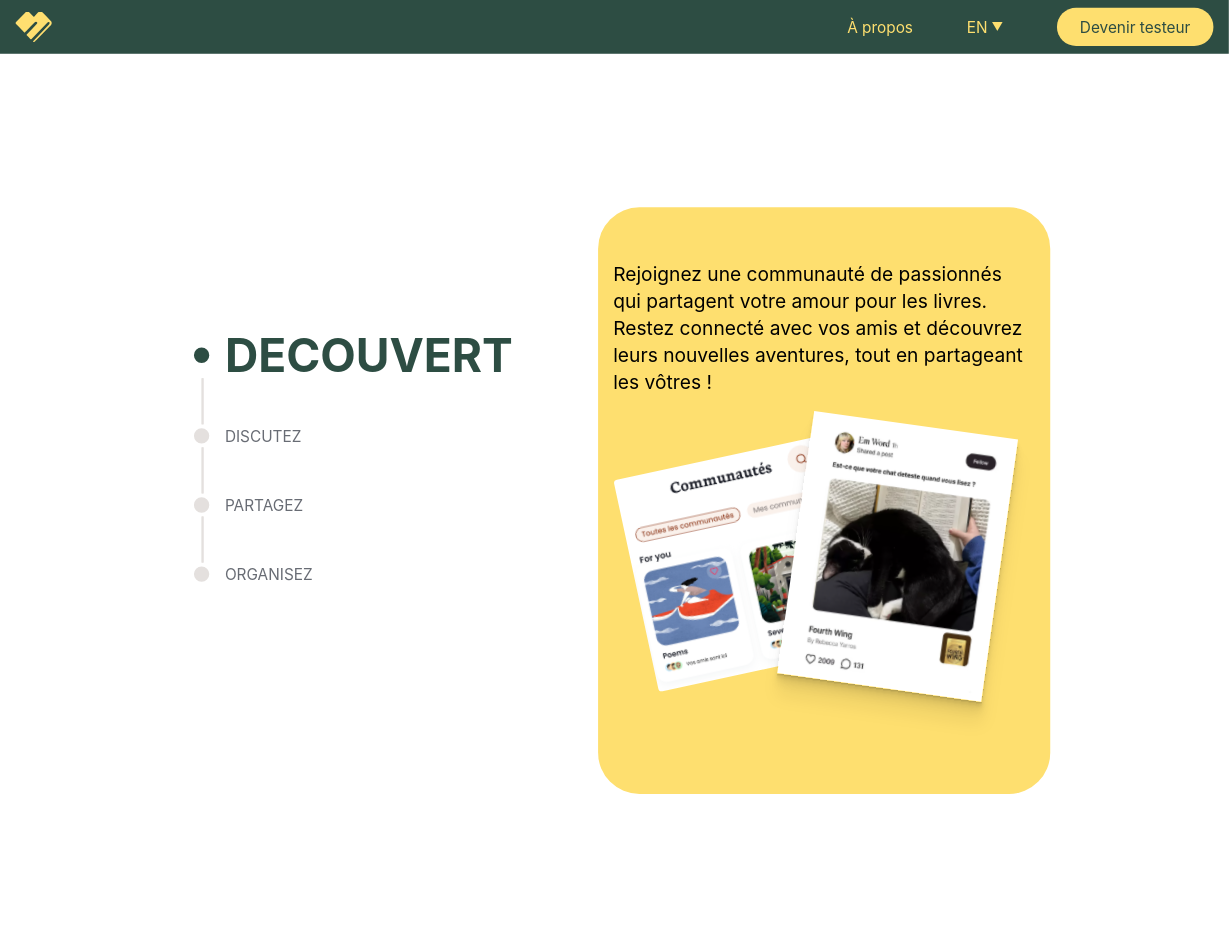
Repository: enas-elm/bookish-landing
Page: /
The author's editor kept a copy of each file at every save. The page is drawn from the files as they stood at one save, then again after the next save.
The browser window is 1280 px wide. The pictures show the whole page, at 96% of full size.
The project was rebuilt for these pictures with package versions that can differ from the ones it lists, and the page was loaded fresh each time.

Above is the page before, as saved 2024-09-12 10:59:50.

### src/index.css
@tailwind base;
@tailwind components;
@tailwind utilities;

body {
  margin: 0;
  font-family: -apple-system, BlinkMacSystemFont, 'Segoe UI', 'Roboto', 'Oxygen',
    'Ubuntu', 'Cantarell', 'Fira Sans', 'Droid Sans', 'Helvetica Neue',
    sans-serif;
  -webkit-font-smoothing: antialiased;
  -moz-osx-font-smoothing: grayscale;
}

code {
  font-family: source-code-pro, Menlo, Monaco, Consolas, 'Courier New',
    monospace;
}

@layer base {
  @font-face {
      font-family: 'DM Sans Italic';
      src: url('../public/font/DMSans-VariableFont_opsz,wght.ttf') format('truetype');
      font-weight: 100 900;
       font-style: italic;
  }
  @font-face {
        font-family: "Passion One";
        src: url('../public/font/PassionOne-Regular.ttf') format('truetype');
        font-weight: normal;
        font-style: normal;
    }
    @font-face {
            font-family: "DM Display";
            src: url('../public/font/DMSerifDisplay-Regular.ttf') format('truetype');
            font-weight: normal;
            font-style: normal;
        }
    @font-face {
                font-family: "Inter";
                src: url('../public/font/Inter-VariableFont_opsz,wght.ttf') format('truetype');
                font-weight: 700;
            }
}

### src/App.js
import "./App.css";
import Navbar from "./components/Navbar";
import "./index.css";
import TimeLine from "./components/TimeLine";

function App() {
  return (
    <div className="App">
      <header className="header">
        <Navbar />
      </header>
      <TimeLine />
    </div>
  );
}

export default App;

### src/components/Navbar.js
import React, { useState, useRef, useEffect } from 'react'

const Navbar = () => {
  const [language, setLanguage] = useState('EN')
  const [dropdownOpen, setDropdownOpen] = useState(false)
  const dropdownRef = useRef(null)

  const toggleDropdown = () => {
    setDropdownOpen(!dropdownOpen)
  };

  const selectLanguage = (lang) => {
    setLanguage(lang)
    setDropdownOpen(false)
  };

  useEffect(() => {
    const handleClickOutside = (event) => {
      if (dropdownRef.current && !dropdownRef.current.contains(event.target)) {
        setDropdownOpen(false)
      }
    };
    document.addEventListener('mousedown', handleClickOutside)
    return () => {
      document.removeEventListener('mousedown', handleClickOutside)
    };
  }, [])

  return (
    <nav className="w-full bg-green px-4 py-2 flex justify-between items-center">
      <div className="flex-shrink-0">
        <img src="/Vector-jaune.svg" alt="Bookish" className="h-8" />
      </div>

      <div className="flex items-center gap-5 justify-end space-x-6">
        <a href="/about" className="hover:underline text-yellow">
          À propos
        </a>
        <div className="relative" ref={dropdownRef}>
          <button
            className="bg-transparent text-yellow px-3 py-1 focus:outline-none flex items-center gap-1"
            onClick={toggleDropdown}
          >
            {language} <span className="text-xs">▼</span>
          </button>

          {dropdownOpen && (
            <div className="absolute right-0 mt-2 py-2 w-32 bg-white text-black rounded-md shadow-lg z-10">
              <button
                className={`block w-full text-left px-4 py-2 hover:bg-gris ${language === 'EN' ? 'bg-gris' : ''}`}
                onClick={() => selectLanguage('EN')}
              >
                EN
              </button>
              <button
                className={`block w-full text-left px-4 py-2 hover:bg-gris ${language === 'FR' ? 'bg-gris' : ''}`}
                onClick={() => selectLanguage('FR')}
              >
                FR
              </button>
            </div>
          )}
        </div>

        <button className="bg-yellow text-green px-6 py-2 rounded-full hover:bg-yellow-500 hover:scale-105 hover:shadow-lg transition transform duration-300 ease-in-out">
          Devenir testeur
        </button>
      </div>
    </nav>
  )
}

export default Navbar

### src/components/TimeLine.js
import React, { useState } from "react";

const menuItems = [
  {
    id: 1,
    label: "DECOUVERT",
    description:
      "Rejoignez une communauté de passionnés qui partagent votre amour pour les livres. Restez connecté avec vos amis et découvrez leurs nouvelles aventures, tout en partageant les vôtres !",
    color: "#FEDF6F",
    imageUrl: "/decouvrez.svg",
  },
  {
    id: 2,
    label: "DISCUTEZ",
    description:
      "Rejoignez des clubs ou partagez des messages avec d'autres fans de livres ou d'autres passionnés.",
    color: "#8EBDAF",
    imageUrl: "/discutez.svg",
  },
  {
    id: 3,
    label: "PARTAGEZ",
    description:
      "Partagez vos listes de lecture avec une communauté de lecteurs tout aussi curieux que vous. Donnez votre avis sur les livres qui vous ont marqué ou déçu, et inspirez les autres à découvrir de nouvelles histoires.",
    color: "#FEDF6F",
    imageUrl: "/Screenshot-1.png",
  },
  {
    id: 4,
    label: "ORGANISEZ",
    description:
      "Organisez vos lectures en créant des listes personnalisées qui vous ressemblent. Rejoignez des clubs de lecture pour échanger et découvrir de nouveaux horizons littéraires avec d'autres passionnés.",
    color: "#55917E",
    imageUrl: "/Screenshot-2.png",
  },
];

function TimelineMenu() {
  // Initialiser avec le premier élément (DECOUVERT)
  const [selectedItem, setSelectedItem] = useState(menuItems[0]);

  const handleClick = (item) => {
    setSelectedItem(item);
  };

  return (
    <div className="p-40 lg:flex lg:flex-row lg:justify-around lg:items-center">
      {/* Menu Items */}
      <div className="w-96 h-96 flex flex-col items-start p-4">
        {menuItems.map((item, index) => (
          <div key={item.id} className="flex flex-col items-start">
            {/* Timeline Item */}
            <div
              onClick={() => handleClick(item)}
              className={`flex items-center cursor-pointer transition-colors mb-4 ${
                selectedItem?.id === item.id ? "text-green " : "text-gray-700"
              }`}
            >
              <div
                className={`w-4 h-4 rounded-full border-2 mr-4 transition-colors ${
                  selectedItem?.id === item.id
                    ? "bg-green"
                    : "bg-gris border-gris"
                }`}
              ></div>
              <span
                className={`transition-transform duration-300 text-3xl ${
                  selectedItem?.id === item.id
                    ? "text-5xl font-bold "
                    : "text-base text-noirClair text-4xl"
                }`}
              >
                {item.label}
              </span>
            </div>
            {/* Vertical Line */}
            {index < menuItems.length - 1 && (
              <div
                className={`h-12 bg-gris -mt-4 border-gris border-l-2 ml-2 transition-colors ${
                  selectedItem?.id === item.id
                    ? "border-blue-500"
                    : "border-gray-400"
                }`}
              ></div>
            )}
          </div>
        ))}
      </div>

      {/* Details Section */}
      <div
        className="w-471 h-611 flex flex-col justify-center items-center p-4 rounded-[43px]"
        style={{
          backgroundColor: selectedItem ? selectedItem.color : "#ffffff",
        }}
      >
        {selectedItem ? (
          <>
            <p className="text-xl text-left">{selectedItem.description}</p>
            <img
              src={selectedItem.imageUrl}
              alt={selectedItem.label}
              className="mt-4"
            />
          </>
        ) : (
          <p>Bonjour</p>
        )}
      </div>
    </div>
  );
}

export default TimelineMenu;

### tailwind.config.js
/** @type {import('tailwindcss').Config} */
module.exports = {
  content: ["./src/**/*.{js,jsx,ts,tsx}"],
  theme: {
    colors: {
      green: "#2D4D43",
      greenlight: "#8EBDAF",
      white: "#FAFAFA",
      beige: "#D8CCB5",
      black: "#131313",
      gris: "#E4E0DE",
      "gris-foncé": "#1B1E28",
      yellow: "#FEDF6F",
      noirClair: "#686C74",
    },

    fontFamily: {
      "dm-sans-italic": ['"DM Sans Italic"', "sans-serif"],
      "passion-one": ["PassionOne-Regular"],
      "dm-display": ["DMSerifDisplay-Regular"],
      inter: ["Inter"],
    },
    extend: {
      width: {
        471: "471px",
      },
      height: {
        611: "611px",
      },
    },
  },
  plugins: [],
};

Loaded but not shown: public/index.html (common file); src/index.js (common file); src/reportWebVitals.js (common file); src/App.css (common file)

After the next save:
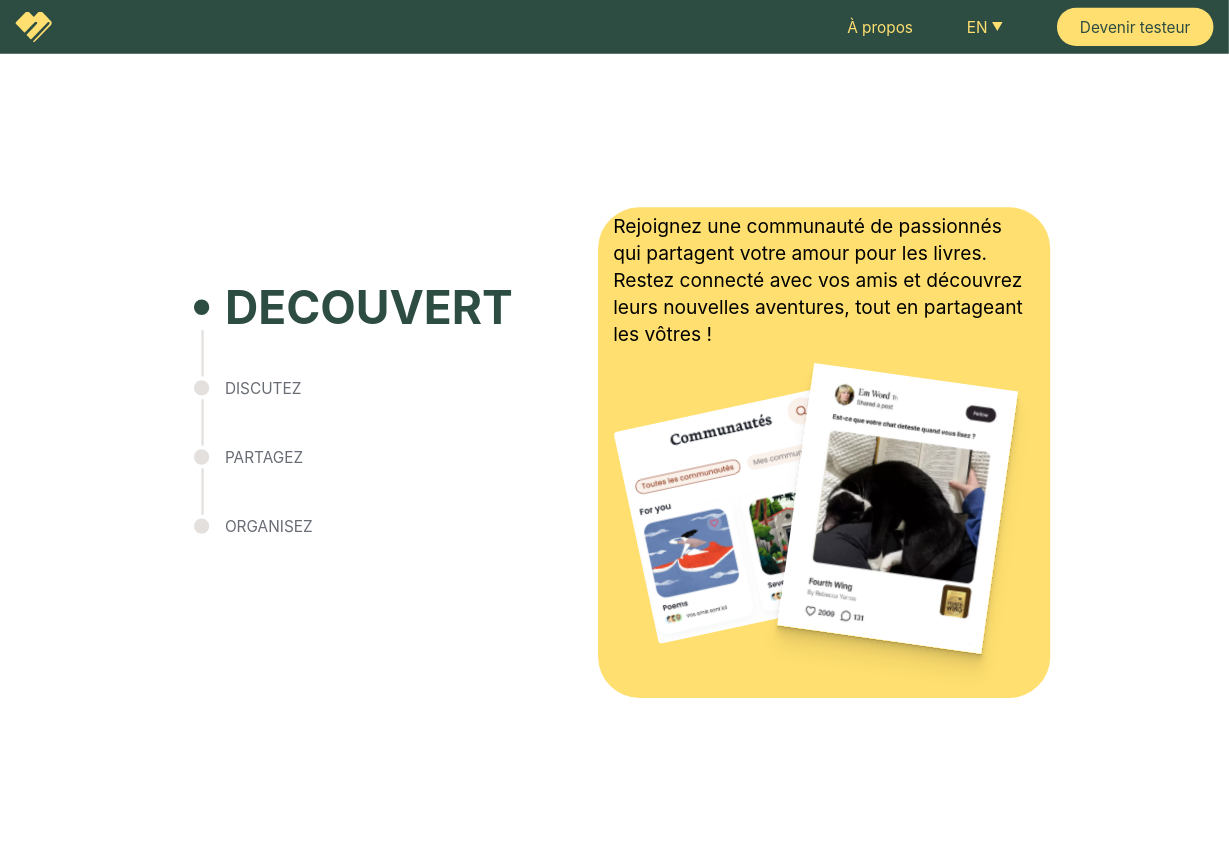
Saved 2 min 43 s later.
--- a/tailwind.config.js
+++ b/tailwind.config.js
@@ -25,7 +25,7 @@ module.exports = {
         471: "471px",
       },
       height: {
-        611: "611px",
+        611: "511px",
       },
     },
   },
